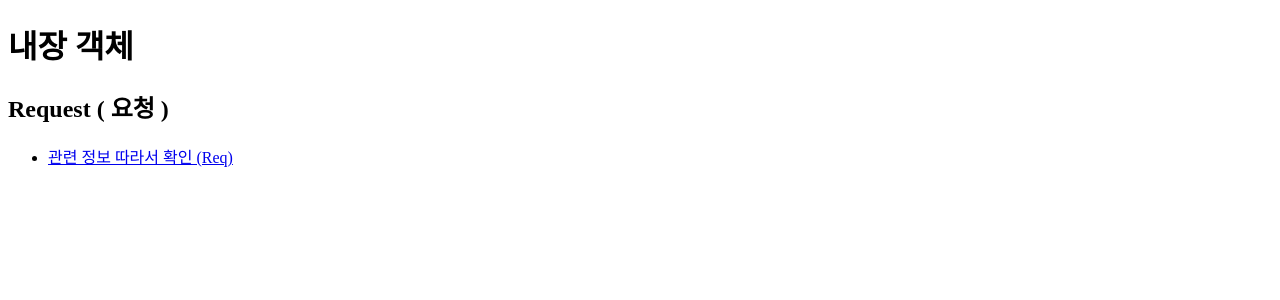
Repository: Kimgigon123123/JspServlet
Page: http://localhost/04.Implicit/
An editor plug-in stored every save of this project. The page is shown before and after the next save, followed by the edit.
The browser window is 1280 px wide. The pictures show the whole page.
The page is served by Tomcat 9. Other server files are loaded and not shown.

Above is the page before, as saved 2023-05-22 01:44:23.

### WorkSpace/04.Implicit/src/main/webapp/index.jsp
<%@ page language="java" contentType="text/html; charset=UTF-8"
    pageEncoding="UTF-8"%>
<!DOCTYPE html>
<html>
<head>
<meta charset="UTF-8">
<title>Insert title here</title>
</head>
<body>
	<h1> 내장 객체</h1>
	<h2> Request ( 요청 )</h2>
	<ul>
		<li><a href="Ex01_Request/Ex00_IntoRequest.jsp">관련 정보 따라서 확인 (Req)</a></li>
	</ul>
</body>
</html>

After the next save:
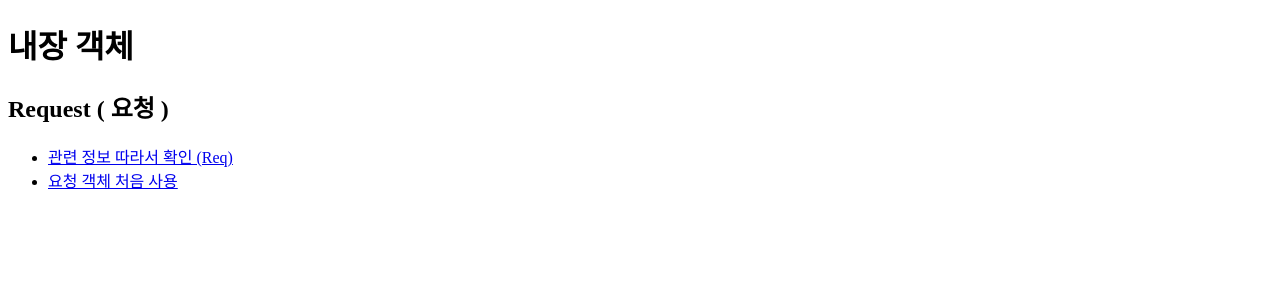
Saved 10 s later.
--- a/WorkSpace/04.Implicit/src/main/webapp/index.jsp
+++ b/WorkSpace/04.Implicit/src/main/webapp/index.jsp
@@ -11,6 +11,7 @@
 	<h2> Request ( 요청 )</h2>
 	<ul>
 		<li><a href="Ex01_Request/Ex00_IntoRequest.jsp">관련 정보 따라서 확인 (Req)</a></li>
+		<li><a href="Ex01_Request/Ex00_Request.jsp">요청 객체 처음 사용</a></li>
 	</ul>
 </body>
 </html>
